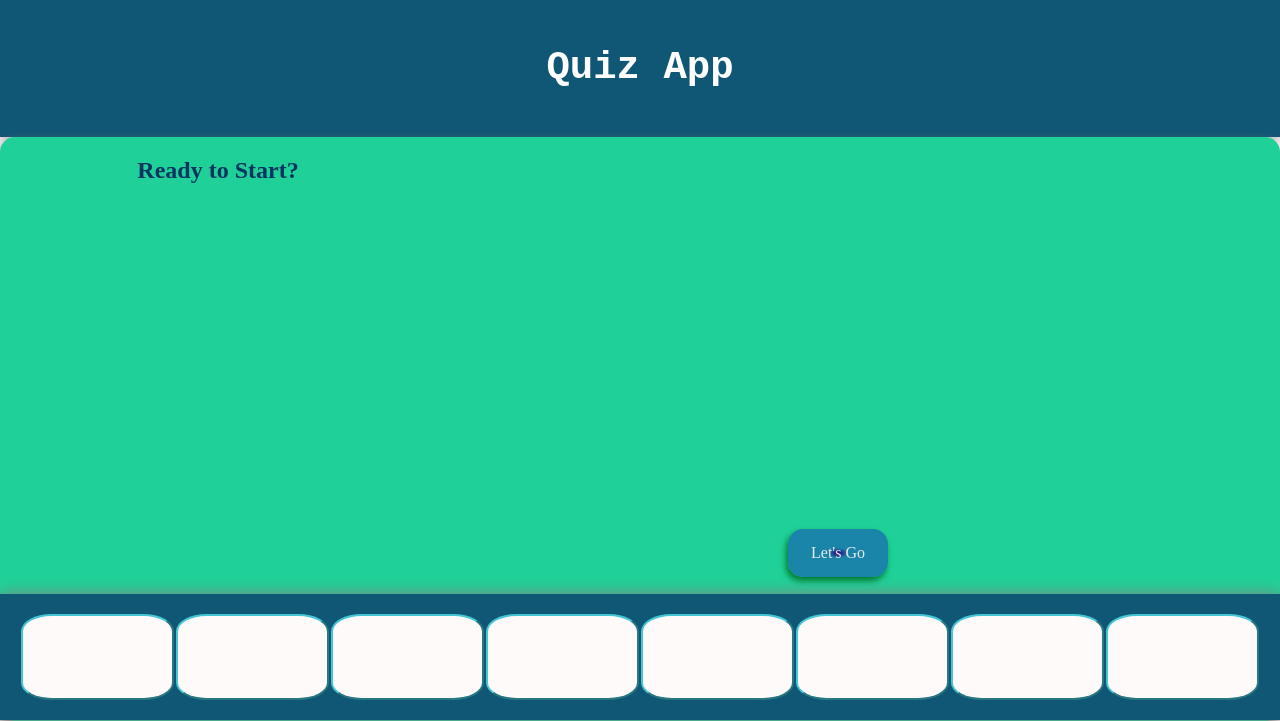
Repository: tpic12/quiz_app
Page: index.html
An editor plug-in stored every save of this project. The page is shown before and after a run of saves, followed by the edit.
The browser window is 1280 px wide. The pictures show the whole page.

Above is the page before, as saved 2019-12-28 15:47:40.

### index.html
<!DOCTYPE html>
<html lang="en">

<head>
  <meta charset="UTF-8">
  <meta name="viewport" content="width=device-width, initial-scale=1.0">
  <meta http-equiv="X-UA-Compatible" content="ie=edge">
  <title>Quiz App</title>
  <link href="https://cdnjs.cloudflare.com/ajax/libs/normalize/8.0.1/normalize.min.css" rel="stylesheet"
    type="text/css" />
  <link href="app.css" rel="stylesheet" type="text/css" />
</head>

<body>
  <header>
    <section class='banner'>
      <h1>Quiz App</h1>
    </section>
  </header>
  <main class='display'>

  </main>
  <footer>
    <section class='counts'>
        <div class='count 0'></div>
        <div class='count 1'></div>
        <div class='count 2'></div>
        <div class='count 3'></div>
        <div class='count 4'></div>
        <div class='count 5'></div>
        <div class='count 6'></div>
        <div class='count 7'></div>
    </section>
  </footer>
  <script src="https://code.jquery.com/jquery-3.4.1.slim.js" crossorigin="anonymous"></script>
  <script src="app.js"></script>
</body>

</html>

### app.css
/* Your styles should be mobile-first and responsive */

/**
  * If you are unclear on how to utilize a mobile-first, responsive technique to write your CSS, here is an example:
  *
  * https://github.com/andreacardybailey/responsive_example/blob/master/styles/responsive-base.css
  *
*/
* {
  box-sizing: border-box;
  margin: 0 auto;
}

.banner h1 {
  font-family: monospace;
  font-size: 3em;
}

.banner,
footer {
  color: white;
  font-family: monospace;
  padding: 20px;
  width: 100%;
  text-align: center;
  background-color: hsl(198, 76%, 26%);
  box-shadow: 0px 0px 15px grey;
  border-bottom: none;
  left: 0;
}

.main_card {
  display: flex;
  min-width: 40vw;
  min-height: 40vh;
  text-align: center;
  justify-content: center;
  align-content: space-around;
  background-color: hsl(161, 74%, 47%);
  border-radius: 15px;
  padding: 20px;
  border: none;
  box-shadow: -2px 6px 12px grey;
}

button {
  margin: 30%;
  margin-bottom: 10%;
  color: hsl(0, 7%, 92%);
  background: radial-gradient(
    hsl(261, 100%, 25%),
    hsl(195, 74%, 38%) 15%,
    hsl(195, 74%, 38%) 10%
  );
  border: none;
  max-width: 130px;
  min-width: 100px;
  border-radius: 15px;
  padding: 15px;
  box-shadow: -2px 4px 6px hsl(142, 98%, 24%);
  -webkit-border-radius: 15px;
  -moz-border-radius: 15px;
  -ms-border-radius: 15px;
  -o-border-radius: 15px;
}

.main_card > form#qForm {
  display: flex;
  flex-flow: column wrap;
  justify-content: center;
  text-align: center;
  margin: 0 auto;
  width: 60vw;
}

.main_card > h2 {
  justify-self: center;
  font-weight: bolder;
  color: hsl(210, 90%, 20%);
}

#qForm > div {
  margin-left: 5vw;
  margin-right: auto;
}

footer {
  position: fixed;
  bottom: 0;
  left: 0;
  max-height: 20vh;
}

.counts {
  display: flex;
  justify-content: space-evenly;
}

.count {
  border: 2px outset hsl(186, 63%, 55%);
  font-family: 'Gill Sans', 'Gill Sans MT', Calibri, 'Trebuchet MS', sans-serif;
  border-radius: 20%;
  flex-direction: row;
  width: 12vw;
  height: 12vh;
  background-color: hsl(0, 100%, 99%);
  padding: 15px;
  -webkit-border-radius: 20%;
  -moz-border-radius: 20%;
  -ms-border-radius: 20%;
  -o-border-radius: 20%;
}

h1 {
  font-family: sans-serif;
}

.green {
  background-color: green !important;
}

.red {
  background-color: red !important;
}

#snackbar > p {
  visibility: hidden;
  min-width: 15vw;

  color: #fff;
  text-align: center;
  align-content: flex-start;
  padding: 5px;
  position: absolute;
  z-index: 1;
  left: ;
  top: -30px;
}

#snackbar.show {
  visibility: visible;
  /-webkit-animation: fadein 0.5s, fadeout 0.5s 2.5s;
  animation: fadein 0.5s, fadeout 0.5s 2.5s;
}

@media screen and (max-width: 450px) {
  .main_card {
    flex-flow: row wrap;
    max-width: 90vw;
  }

  #qForm {
    font-size: 0.8em;
    padding: 5px !important;
    margin: 5px;
    flex-flow: column wrap !important;
  }
  #qForm > div {
    margin-left: 15px;
    margin-right: auto;
  }
  #qForm > input {
    display: inline-block !important;
  }

  #qForm > label {
    display: inline-block !important;
  }
  footer {
    height: 40vh;
    overflow: scroll;
  }
  .counts {
    flex-direction: column;
  }

  .count {
    width: 100%;
    margin: 5px;
    height: 20px;
    border: 1px solid aquamarine;
    border-radius: 0;
    -webkit-border-radius: 0;
    -moz-border-radius: 0;
    -ms-border-radius: 0;
    -o-border-radius: 0;
  }
}

### app.js
/**
 * Example store structure
 */
'use strict';

const STORE = {
  // 5 or more questions are required
  questions: [
    {
      question: 'How many items in a bakers dozen??',
      answers: ['11', '12', '13', '3'],
      correctAnswer: '13'
    },
    {
      question: 'What month is Oktoberfest held?',
      answers: ['September', 'October', 'Every Month', 'August'],
      correctAnswer: 'September'
    },
    {
      question: 'What color is an Orange Blossom?',
      answers: ['Red', 'Orange', 'Pink', 'White'],
      correctAnswer: 'White'
    },
    {
      question: 'Where did the Panama Hat originate?',
      answers: ['Ecuador', 'Panama', 'China', 'Cuba'],
      correctAnswer: 'Ecuador'
    },
    {
      question: 'What are toy marbles made from?',
      answers: ['Plastic', 'Quartz', 'Diamond', 'Glass'],
      correctAnswer: 'Glass'
    },
    {
      question: 'How many gallons are in a ten-gallon hat?',
      answers: [
        'Half a Gallon',
        'Ten-Gallons',
        'Three-Fourths of a Gallon',
        'Give-Gallon'
      ],
      correctAnswer: 'Three-Fourths of a Gallon'
    },
    {
      question: 'What is the biggest animal to ever live?',
      answers: ['Mammoth', 'T-Rex', 'Blue Whale', 'Brontosaurus'],
      correctAnswer: 'Blue Whale'
    },
    {
      question: 'Where is the red-bellied woodpecker predominately red?',
      answers: ['Head', 'Wings', 'Feet', 'Belly'],
      correctAnswer: 'Head'
    }
  ],
  questionNumber: 0,
  score: 0,
  quizStart: false
};

/**
 *
 * Your app should include a render() function, that regenerates
 * the view each time the store is updated. See your course
 * material, consult your instructor, and reference the slides
 * for more details.
 *
 * NO additional HTML elements should be added to the index.html file.
 *
 * You may add attributes (classes, ids, etc) to the existing HTML elements, or link stylesheets or additional scripts if necessary
 *
 */

/**
 * This function renders the quiz after you start, ...
 * answer a question, or restart the quiz
 */
function renderStartQuiz() {
  const mainCard = `<section class="main_card">
      <h2>Ready to Start?</h2>
      <button type='submit' id='start_quiz'>Let's Go</button>
    </section>`;

  $('.display').html(mainCard);

  $('.display').on('click', '#start_quiz', function(event) {
    event.preventDefault();
    STORE.quizStart = true;
    $('.main_card')
      .children()
      .remove();
    handleQuiz();
  });
}
/**
 * renders question one at a time depending on question number
 */
function renderQuestion() {
  if (
    STORE.questionNumber === STORE.questions.length &&
    STORE.questionNumber > 1
  ) {
    renderResults();
  } else {
    const qCard = `<h2>${STORE.questions[STORE.questionNumber].question}</h2>
    <form id="qForm">
<div>
        <input type='radio' name='answer' id='q1' value="${
          STORE.questions[STORE.questionNumber].answers[0]
        }"/><label for='q1' id='0'>${
      STORE.questions[STORE.questionNumber].answers[0]
    }</label>
</div>
<div>
        <input type='radio' name='answer' id='q2' value="${
          STORE.questions[STORE.questionNumber].answers[1]
        }"/><label for='q2' id='1'>${
      STORE.questions[STORE.questionNumber].answers[1]
    }</label></div>

    <div>
        <input type='radio' name='answer' id='q3' value="${
          STORE.questions[STORE.questionNumber].answers[2]
        }"/><label for='q3' id='2'>${
      STORE.questions[STORE.questionNumber].answers[2]
    }</label>
</div><div>
        <input type='radio' name='answer' id='q4' value="${
          STORE.questions[STORE.questionNumber].answers[3]
        }"/><label for='q4' id='3'>${
      STORE.questions[STORE.questionNumber].answers[3]
    }</label></div><br>
    <form>
    <button type='submit' id='submit_answer'>Final Answer</button>`;

    $('.main_card').html(qCard);
    $('input:checked').on('su');
    $('.main_card').on('click', '#submit_answer', function(event) {
      event.preventDefault();
      checkAnswer();
      //original next question spot

      $('.main_card')
        .children()
        .remove();

      handleQuiz();
    });
  }
}
/**
 * renders results page

 */

function generateResults(finalScore, numberOfQuestions) {
  return `<h2>You scored ${finalScore} out of ${numberOfQuestions}!</h2><button id='restart'>Restart Quiz</button>`;
}

/* Render results element with button that restarts the quiz*/
function renderResults() {
  let score = STORE.score;
  let num = STORE.questionNumber;

  $('.main_card').html(generateResults(score, num));
  $('#restart').click(function(event) {
    event.preventDefault();
    console.log('Restarting Quiz');

    STORE.questionNumber = 0;
    STORE.score = 0;
    $('.count')
      .removeClass('snackbar')
      .removeClass('red')
      .removeClass('green')
      .removeClass('show')
      .text('');
    renderStartQuiz();
  });
}

/**
 * this function checks the correctnes of the answer
 */
function checkAnswer() {
  let form = document.getElementById('qForm');
  let ans = form['answer'];
  for (let i = 0; i < ans.length; i++) {
    //is a button checked
    if (ans[i].checked) {
      //compare value of ans[i] to correct answer
      if (
        ans[i].value === STORE.questions[STORE.questionNumber].correctAnswer
      ) {
        scoreKeeper(true);
      } else {
        scoreKeeper(false);
      }
    }
  }
}

function generateAnswerSnackbar(questionAnswer) {
  return `<div class=.${STORE.questionNumber}>
              <p>Sorry, the correct answer is ${questionAnswer}</p>
          </div>`;
}

function scoreKeeper(bool) {
  if (bool === true) {
    console.log('plus 1 point');
    STORE.score++;
    $(`.${STORE.questionNumber}`)
      .addClass('green')
      .addClass('snackbar')
      .html(`<p>Correct!</p>`);
    $('section.main_card');
    console.log('next q!');
    STORE.questionNumber++;
  }
  if (bool === false) {
    console.log('no points for you');
    $(`.${STORE.questionNumber}`)
      .addClass('red')
      .addClass('snackbar')
      .html(
        generateAnswerSnackbar(
          STORE.questions[STORE.questionNumber].correctAnswer
        )
      );
    console.log('next q!');
    STORE.questionNumber++;
  }
}

function handleQuiz() {
  if (STORE.quizStart === false) {
    renderStartQuiz();
  } else {
    renderQuestion();
  }
}

$(handleQuiz);

After the next 2 saves:
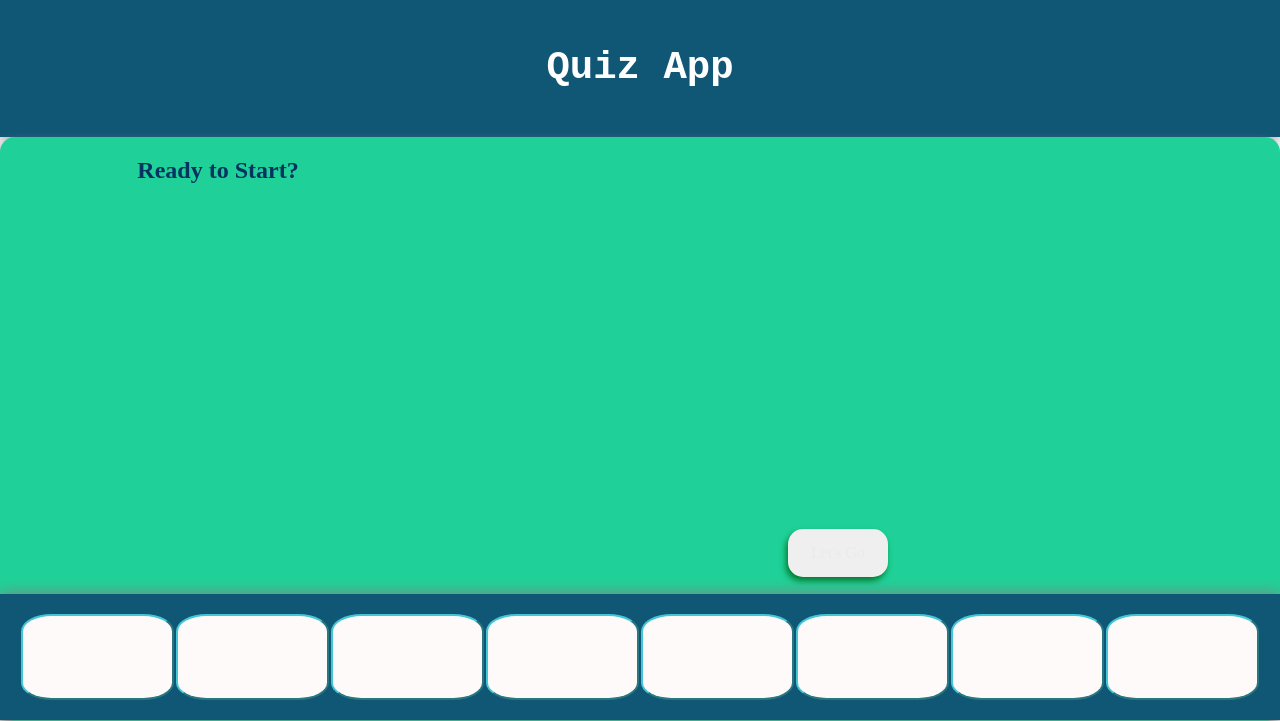
The 2 saves are shown as one change because they came seconds apart.
The last was saved 12 s later.
--- a/app.css
+++ b/app.css
@@ -48,8 +48,8 @@ button {
   margin-bottom: 10%;
   color: hsl(0, 7%, 92%);
   background: radial-gradient(
-    hsl(261, 100%, 25%),
-    hsl(195, 74%, 38%) 15%,
+    hsl(261, 100%, 25%) 40,
+    hsl(195, 74%, 38%) 11%,
     hsl(195, 74%, 38%) 10%
   );
   border: none;
